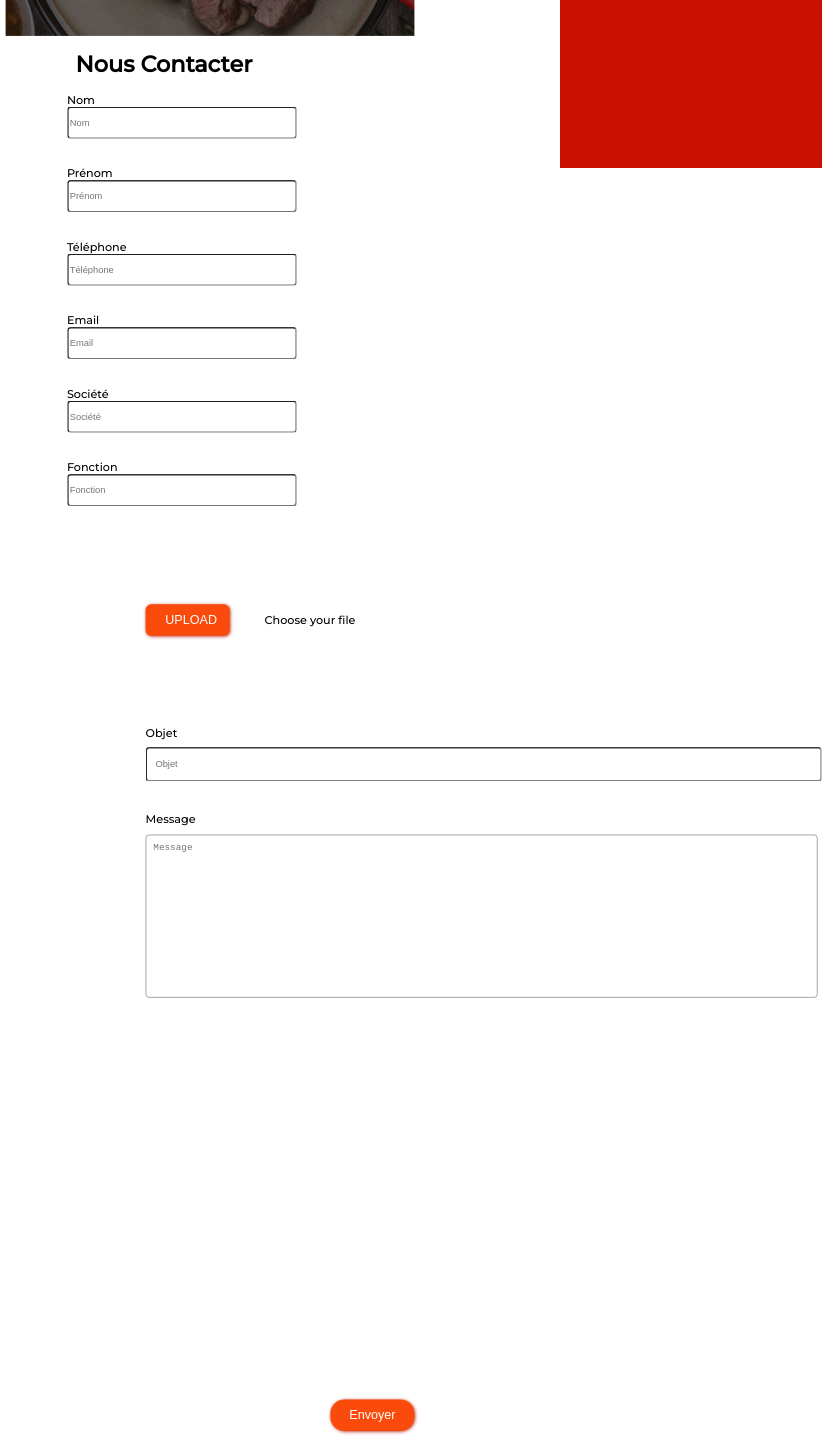
Repository: Ahlam-belhadj/bella-olange
Page: index3.html
An editor plug-in stored every save of this project. The page is shown before and after the next save, followed by the edit.
The browser window is 600 px wide. The page is 1174 px wide, so the pictures cover 1174 px, including what lies to the right of the window. The pictures show the part of the page from y = 655 to 2735 px (the page is 2735 px tall before and 2650 px after), at 70% of full size.
Pictures or frames that could not be fetched are drawn as grey boxes.

Above is the page before, as saved 2023-02-12 21:00:13.

### index3.html
<!DOCTYPE html>
<html lang="en">

<head>
    <meta charset="UTF-8">
    <meta http-equiv="X-UA-Compatible" content="IE=edge">
    <meta name="viewport" content="width=device-width, initial-scale=1.0">
    <link rel="stylesheet" href="style3.css">
    <script src="https://www.google.com/recaptcha/api.js" async defer></script>
    <title>Bella olanje</title>
</head>

<body>
    <header>
        <nav>
            <div class="logo"><img  class="logo" src="image/logo_bella_olonje.png" alt="logo"></div>
            <ul>
                <li><a href="#" class="nav-link">Home</a></li>
                <li><a href="#" class="nav-link">Pizza</a></li>
                <li><a href="#" class="nav-link">Burgers</a></li>
                <li><a href="#" class="nav-link">Salade</a></li>
                <li><a href="#" class="nav-link">Contact</a></li>

            </ul>
            <div class="icon_navbar">
                <label for="click" class="menu-btn">
                  <i class="fas fa-bars"></i>
                </label>
            </div>
          </nav>

        <div class="title">
            <div class="texte">
                <h3>Food app</h3>
                <h1>Chez Bella <br>
                    chaque désire s'additionne.</h1>
            </div>
        </div>
    </header>
    <main>
    <div class="information">
        <form>
            <h1>Nous Contacter</h1>
            <div class="commande">
                <div class="info1">
                    <div class="label">
                        <label>Nom</label>
                        <br>
                        <input type="text" placeholder="Nom">
                    </div>
                    <div class="label">
                        <label>Prénom</label>
                        <br>
                        <input type="text" placeholder="Prénom">
                    </div>
                </div>
                <div class="info2">
                    <div class="label">
                        <label>Téléphone</label>
                        <br>
                        <input type="text" placeholder="Téléphone">
                    </div>
                    <div class="label">
                        <label>Email</label>
                        <br>
                        <input type="email" placeholder="Email">
                    </div>
                </div>
                <div class="info1">
                    <div class="label">
                        <label>Société</label>
                        <br>
                        <input type="text" placeholder="Société">
                    </div>
                    <div class="label">
                        <label>Fonction</label>
                        <br>
                        <input type="email" placeholder="Fonction">
                    </div>
                </div>

            </div>
        </form>
    </div>


    <div class="chose">
        <div class="div_button">
            <button class="button1" type="button">UPLOAD</button>
            <p>Choose your file</p>
        </div>
    </div>

    <div>
        <div class="g-recaptcha" data-sitekey="6Lff4ygkAAAAABA1RWNuq8ewgkRZaDD-yAWqFs1t"></div>
    </div>

    <div class="grp_choose">
        <div class="choose_message">
            <div class="label_choose">
                <label>Objet</label><br>
                <input type="text" placeholder="Objet">
            </div>
            <div class="label_message">
                <label>Message</label><br>
                <textarea placeholder="Message"></textarea>
            </div>
        </div>
    </div>


    <div class="maps">
        <iframe
            src="https://www.google.com/maps/embed?pb=!1m18!1m12!1m3!1d6464.54830951471!2d2.4294808287259815!3d48.785241545980085!2m3!1f0!2f0!3f0!3m2!1i1024!2i768!4f13.1!3m3!1m2!1s0x47e67344bd2d57f1%3A0x2a84a845271b523a!2sAFPA!5e0!3m2!1sfr!2sfr!4v1674668360985!5m2!1sfr!2sfr"
            width="600" height="450" style="border:0;" allowfullscreen="" loading="lazy"
            referrerpolicy="no-referrer-when-downgrade"></iframe>
    </div>


    <div class="button1">
        <button class="button">Envoyer</button>
    </div>
</main>
</body>

</html>

### style3.css
@import url('https://fonts.googleapis.com/css2?family=Montserrat:wght@100;200;500&display=swap');

body {
    font-family: Montserrat, sans-serif;
}


.logo {
    height: 80px;
}

nav {
    display: flex;
    height: 80px;
    width: 100%;
    background: white;
    align-items: center;
    justify-content: space-between;
    padding: 0 50px 0 100px;
    flex-wrap: wrap;
  }

  nav .logo {
    color: #fff;
    font-size: 20px;
    text-transform: uppercase;
    text-decoration: none;
  }

  nav a {
    color: #fff;
    text-decoration: none;
  }

  nav ul {
    display: flex;
    flex-wrap: wrap;
    list-style: none;

  }

  nav ul li {
    margin: 0 5px;
  }

  nav ul li a {
    color: black;
    text-decoration: none;
    font-size: 16px;
    font-weight: 500;
    padding: 8px 15px;
    border-radius: 5px;
    letter-spacing: 1px;
    transition: all 0.3s ease;
  }

  nav .icon_navbar {
    display: flex;
  }



  nav .menu-btn i {
    color: #050505;
    font-size: 22px;
    cursor: pointer;

  }

  input[type="checkbox"] {
    display: none;
  }

  @media (max-width: 1000px) {
    nav {
      padding: 0 40px 0 50px;
    }

    nav .logo {
      color: #fff;
      font-size: 16px;
      text-transform: uppercase;
    }
  }

  @media (max-width: 1250px) {
    nav .menu-btn i {
      display: block;
    }

    #click:checked~.menu-btn i:before {
      content: "\f00d";
    }

    nav ul {
      position: fixed;
      top: 80px;
      right: -100%;
      background: #C81100;
      height: 100vh;
      width: 60%;
      text-align: center;
      display: block;
      transition: all 0.3s ease;
    }

    #click:checked~ul {
      right: 0;
    }

    nav ul li {
      width: 100%;
      margin: 40px 0;
    }

    nav ul li a {
      width: 100%;
      display: block;
      font-size: 20px;
      transition: 0.6s cubic-bezier(0.68, -0.55, 0.265, 1.55);
    }

    #click:checked~ul li a {
      margin-left: 0px;
    }

    nav ul li a.active,
    nav ul li a:hover {
      background: none;
      color: #1E1E1E;
    }
  }

.title {
  background-image: url(image/Rectangle\ 48.png);
  height: 619px;
  background-repeat: no-repeat;
  background-position: center;
  background-size: cover;



}

.texte{
    color: white;
    display: flex;
    align-items: center;
    justify-content: center;
    flex-direction: column;
    text-align: center;
    height: 50%;
}
/* header */

h1 {
    padding-left: 100px;
}


h2{
    text-align:center;
    padding-bottom: 20px;
}
.info1{
    display: flex;
    justify-content: space-around;
    padding-right: 100px;
}

.info2{
    display: flex;
    justify-content: space-around;
    padding-right: 100px;
}
input {
    width: 320px;
    height: 40px;
    border-radius: 5px;
    margin-bottom: 40px;

}


.maps{
    display: flex;

    padding-left: 200px ;
}

iframe {
width: 941px;
height: 500px;
left: 100px;
top: 1875px;

}


/* button */
button {
    border: 0;
    line-height: 2.5;
    width: 120px;
    padding: 0 18px;
    font-size: 18px;
    text-align: center;
    color: #fff;
    border-radius: 20px;
    background-color: #FA4A0C;
    box-shadow: 1px 1px 5px #B73227;


}

.button1{
    display: flex;
    justify-content: end;
    margin: 50px 0px 35px 100px;
    border-radius: 8px;
}

p {
        margin-top: 63px;
    margin-left: 50px;
}

.btn{
    display: flex;
}


.div_button {
    padding: 50px 0px 35px 100px;
    display: flex;
}

/* button */


.chose {
    display: flex;
}
.grp_choose {
    padding-left: 200px;
}

.label_choose input {
    width: 938px;
    height: 35px;
    margin-bottom: 20px;
    margin-top: 10px;
    padding: 5px 12px;
    color: grey;
    border-radius: 5px;
    border-color: gray;
}
.label_message {
    padding-top: 25px;
}
textarea {
    width: 938px;
    height: 141px;
    margin-bottom: 20px;
    color: grey;
    border-color: gray;
    margin-top: 12px;
    padding: 10px 10px 80px;
    outline: none;
    border-radius: 5px;
    resize: none;
}

.g-recaptcha {
    padding-left: 200px;
    margin-bottom: 60px;
}

@media (max-width:700px) {
    .info1 {
        display: flex;
        flex-direction: column;
        padding-left: 15%;
    }

    .info2 {
        display: flex;
        flex-direction: column;
        padding-left: 15%;
    }

}

@media screen and (min-width:701px) and (max-width:1199px) {




}

After the next save:
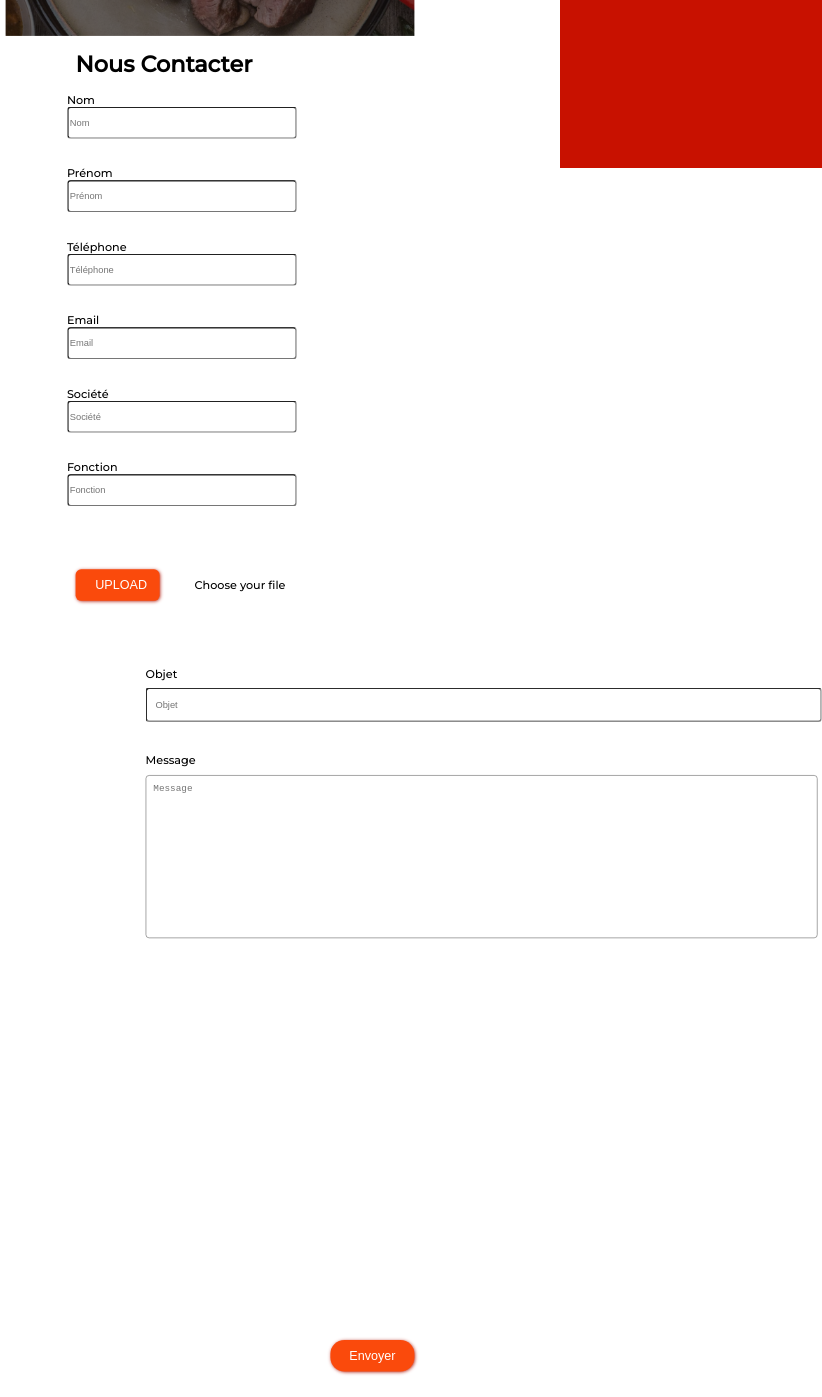
Saved 93 s later.
--- a/style3.css
+++ b/style3.css
@@ -289,6 +289,9 @@ textarea {
         padding-left: 15%;
     }
 
+    .div_button {
+        padding: 0px;
+      }
 }
 
 @media screen and (min-width:701px) and (max-width:1199px) {
